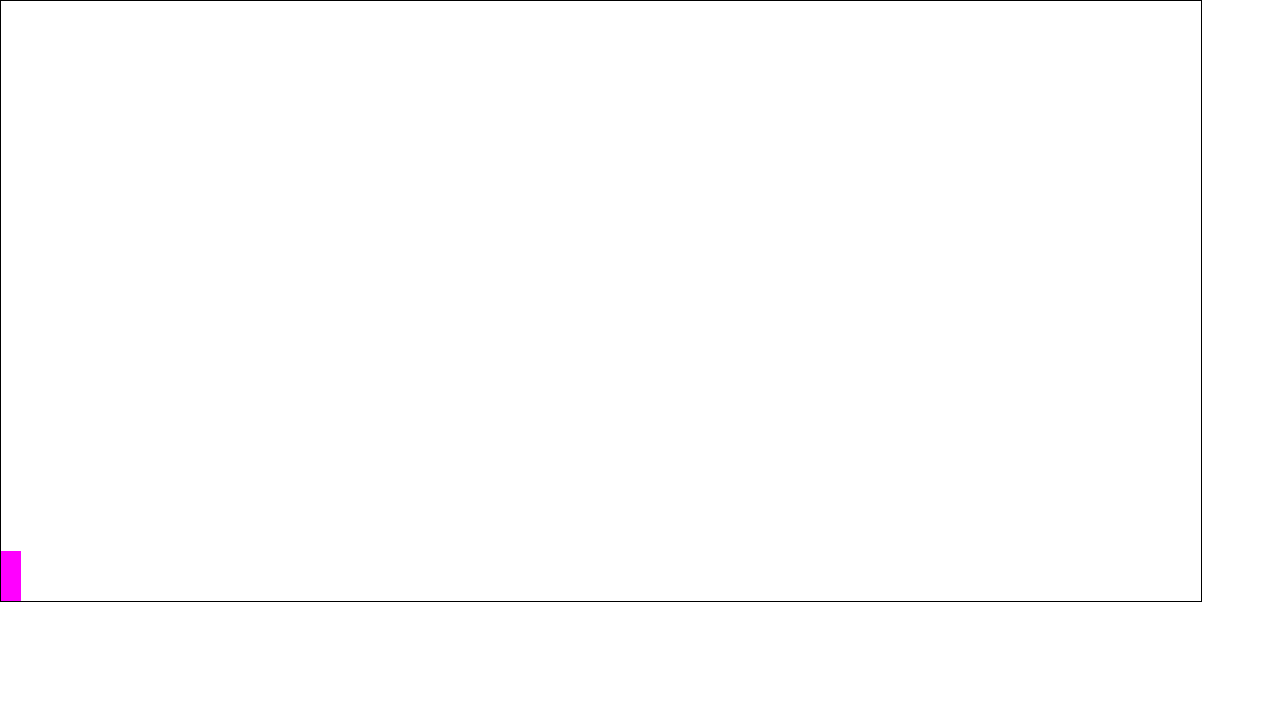
Repository: thecptwaffles/bad-game
Page: index.html
The author's editor kept a copy of each file at every save. The page is drawn from the files as they stood at one save, then again after the next save.
The browser window is 1280 px wide. The pictures show the whole page.

Above is the page before, as saved 2022-02-05 08:10:54.

### index.html
<!DOCTYPE html>
<html lang="en" onkeydown="jump()">

<head>
    <meta charset="UTF-8">
    <meta http-equiv="X-UA-Compatible" content="IE=edge">
    <meta name="viewport" content="width=device-width, initial-scale=1.0">
    <title>Jump</title>
    <link rel="stylesheet" href="style.css">
</head>

<body>
    <div id="game">
        <div id="Steve"></div>
        <div id="block"></div>
    </div>
</body>
<script src="./index.js"></script>

</html>

### style.css
* {
    padding: 0;
    margin: 0;
}

#game {
    width: 1200px;
    height: 600px;
    border: 1px solid black;
}

#Steve {
    width: 20px;
    height: 50px;
    background-color: magenta;
    position: relative;
    top: 550px;
}

.animate {
    animation: jump 500ms;
}

@keyframes jump {
    0%{
        top: 550px;
    }

    30% {
        top: 480px;
    }

    70% {
        top: 480px;
    }

    100% {
        top: 550px;
    }
}

#block {
    width: 20px;
    height: 20px;
    background-color: aquamarine;
    position: relative;
    top: 530px;
    left: 480px;
    animation: block 2s infinite linear;
}

@keyframes block {
    0%{
        left: 1200px;
    }

    100%{
        left: -40px;
    }
}

### index.js
var Steve = document.getElementById('Steve');
var block = document.getElementById('block');
var jumpSound = new Audio('jump.wav');
var deathSound = new Audio('death.wav');
var menuSound = new Audio('menu.wav');

function jump(){
    if(Steve.classList !='animate'){
        Steve.classList.add('animate');
    }
    Steve.classList.add('animate');
    setTimeout(function(){
        Steve.classList.remove('animate');
    },500)

    jumpSound.play();
}

var checkDead = setInterval(function(){
    var steveTop = parseInt(window.getComputedStyle(Steve).getPropertyValue('top'));

    var blockLeft = parseInt(window.getComputedStyle(block).getPropertyValue('left'));

    if(blockLeft<20 && blockLeft>0 && steveTop >= 550 ) {
        block.style.animation = 'none';
        block.style.display = 'none';
        deathSound.play()
        if(alert('You Lose :(')){}
else    window.location.reload();
        menuSound.play()
    }
},10)

After the next save:
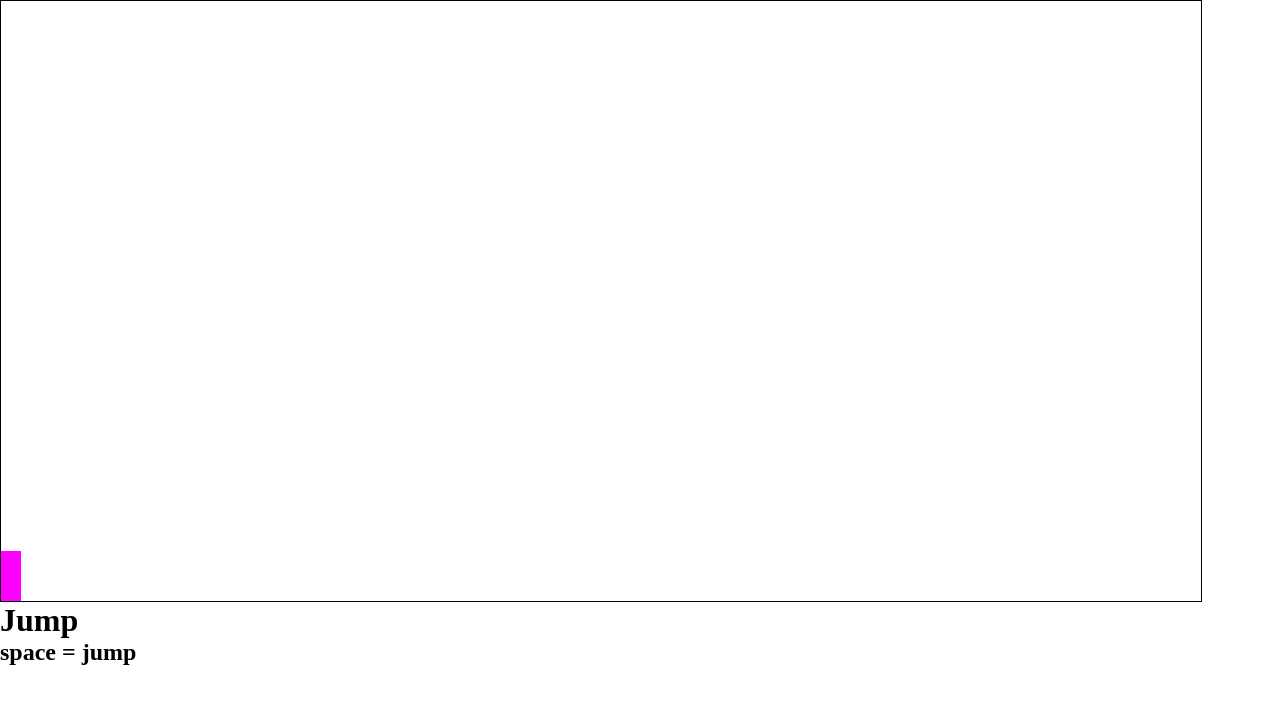
Saved 2 min 46 s later.
--- a/index.html
+++ b/index.html
@@ -14,6 +14,8 @@
         <div id="Steve"></div>
         <div id="block"></div>
     </div>
+    <h1>Jump</h1>
+    <h2>space = jump</h2>
 </body>
 <script src="./index.js"></script>
 
